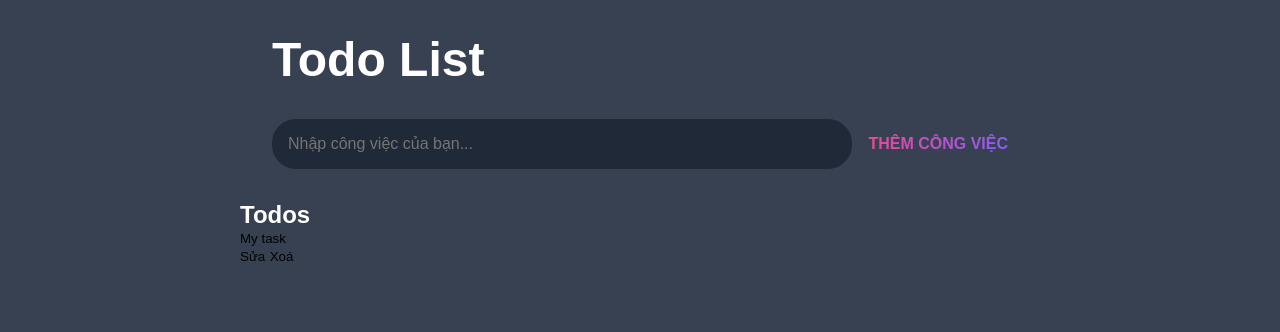
Repository: ntheanh/Todo-List
Page: index.html
The author's editor kept a copy of each file at every save. The page is drawn from the files as they stood at one save, then again after the next save.
The browser window is 1280 px wide. The pictures show the whole page.
The style sheet was rebuilt from its Sass, Less or Tailwind sources for each picture, by a compiler version that may differ from the author's.

Above is the page before, as saved 2023-03-15 22:49:52.

After the next save:
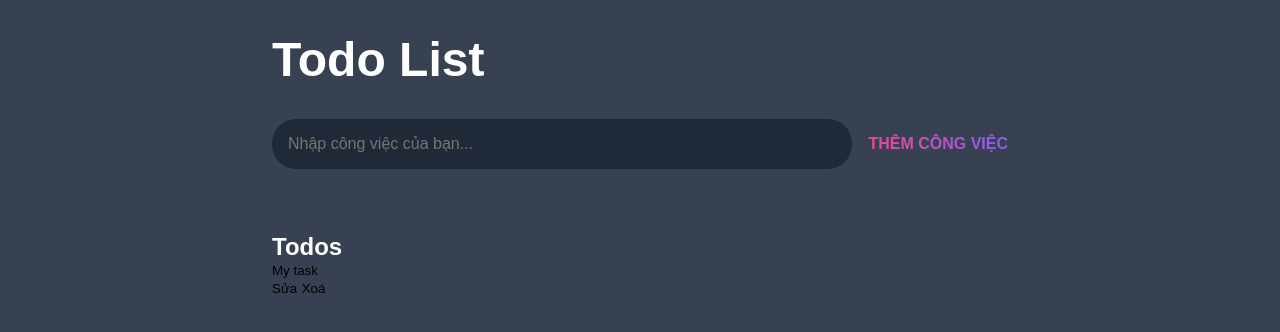
Saved 66 s later.
--- a/style.scss
+++ b/style.scss
@@ -77,4 +77,43 @@ main {
   width: 100%;
   max-width: 800px;
   margin: 0 auto;
+  .task-list {
+    padding: 2rem;
+    li {
+      display: flex;
+      align-items: center;
+      justify-content: space-between;
+      padding: 1rem;
+      border-radius: 1rem;
+      margin-bottom: 1rem;
+      background: var(--darker);
+      .task {
+        flex: 1 1 0%;
+        font-size: 1.2rem;
+        font-weight: 600;
+        color: var(--light);
+        text-decoration: none;
+        transition: 0.4s;
+        &:hover {
+          text-decoration: underline;
+        }
+      }
+      .task-completed {
+        text-decoration: line-through;
+        color: var(--gray);
+      }
+      .task-delete {
+        color: var(--pink);
+        font-size: 1.2rem;
+        font-weight: 700;
+        transition: 0.4s;
+        &:hover {
+          opacity: 0.8;
+        }
+        &:active {
+          opacity: 0.6;
+        }
+      }
+    }
+  }
 }
